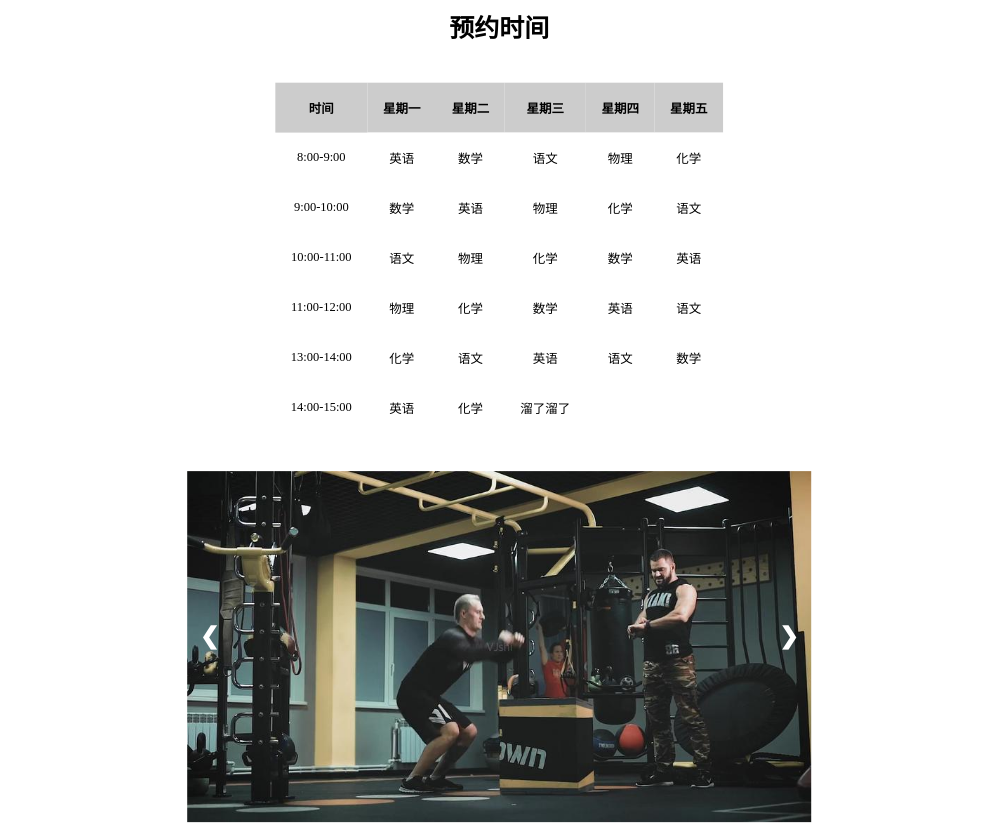
Repository: wupeng6666/Sports-Hall-Booking-System
Page: LearingDjango/app01/templates/yuyue.html
An editor plug-in stored every save of this project. The page is shown before and after a run of saves, followed by the edit.
The browser window is 1280 px wide. The pictures show the whole page, at 78% of full size.
The template is drawn by Django 4.2. The application's start-up code is not run. The template is opened directly, without the code that normally fills it, so the values that code supplies are empty.

Above is the page before, as saved 2023-05-28 01:55:42.

After the next 7 saves:
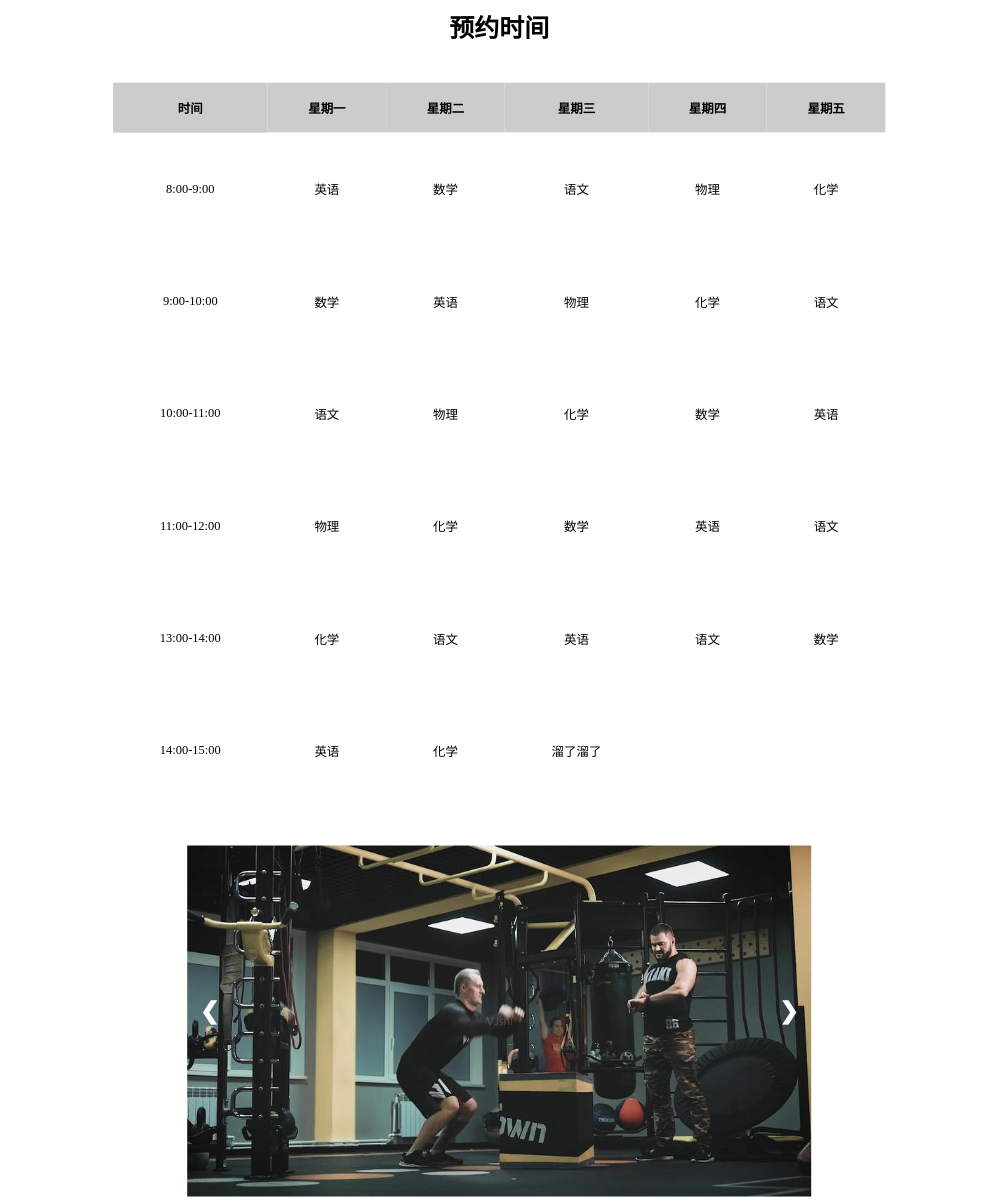
The 7 saves are shown as one change because they came seconds apart.
The last was saved 21 s later.
--- a/LearingDjango/app01/templates/yuyue.html
+++ b/LearingDjango/app01/templates/yuyue.html
@@ -24,7 +24,7 @@
 
     td {
         text-align: center;
-        padding: 20px;
+        padding: 60px;
     }
 
     .course {
